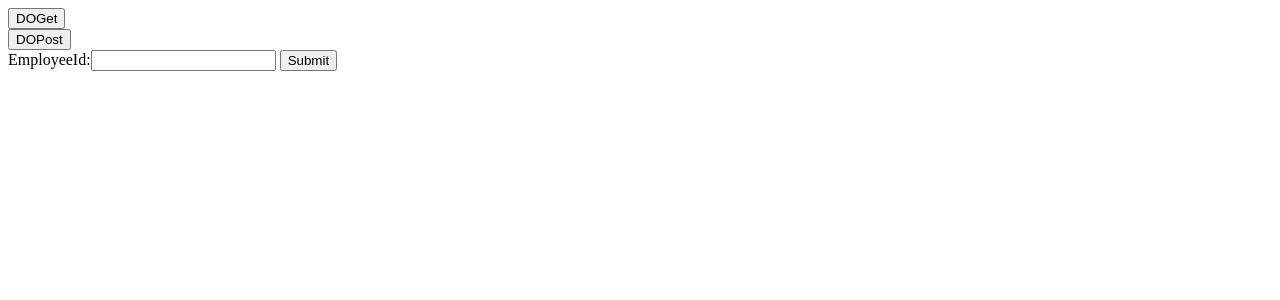
Repository: sandeep27y/EmployeeApplicationServelet
Page: Maven-Servlets-June 8th/EmployeeApplication/src/main/webapp/First.html
An editor plug-in stored every save of this project. The page is shown before and after the next save, followed by the edit.
The browser window is 1280 px wide. The pictures show the whole page.

Above is the page before, as saved 2017-06-08 18:18:30.

After the next save:
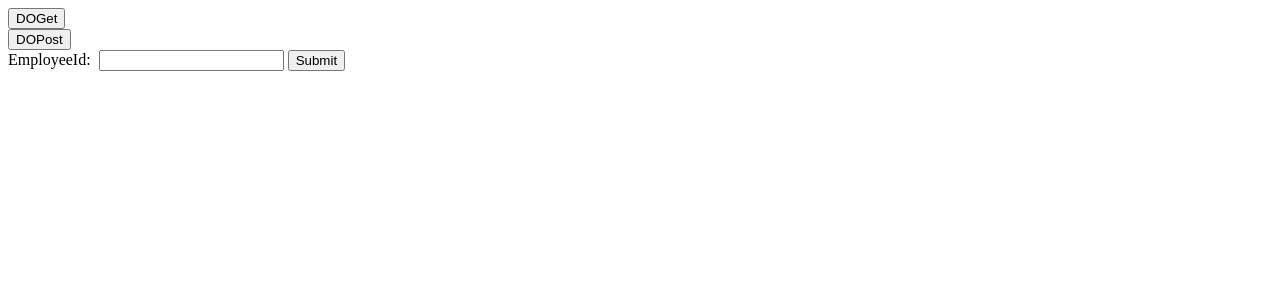
Saved 23 min 40 s later.
--- a/Maven-Servlets-June 8th/EmployeeApplication/src/main/webapp/First.html
+++ b/Maven-Servlets-June 8th/EmployeeApplication/src/main/webapp/First.html
@@ -12,7 +12,7 @@
 <input type="Submit" value="DOPost">
 </form>
 <form action="/EmployeeApplication/employeeInformation.do" method="post">
-EmployeeId:<input type="text" name="employeeID">
+EmployeeId: &nbsp;<input type="text" name="employeeID">
 <input type="Submit" value="Submit">
 </form>
 </body>
